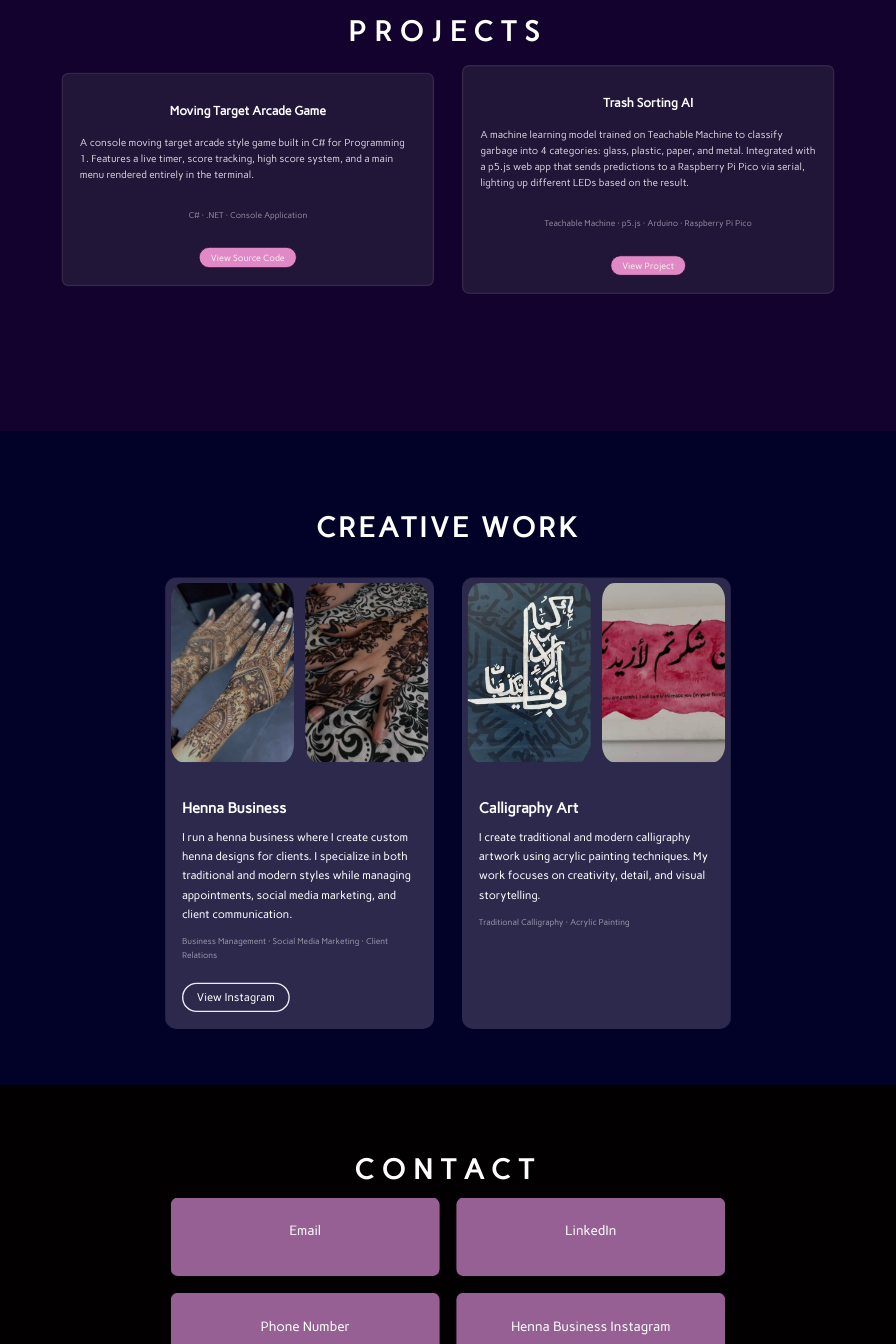
Repository: Rameen-A/Rameen-A
Page: index.html
These files come from the project's save history. The page is drawn as it stood at one moment and after the next save; the edit follows.
The browser window is 1280 px wide. The pictures show the part of the page from y = 1707 to 3627 px (the page is 3867 px tall), at 70% of full size.

Above is the page before, as saved 2026-05-15 19:18:45.

After the next save:
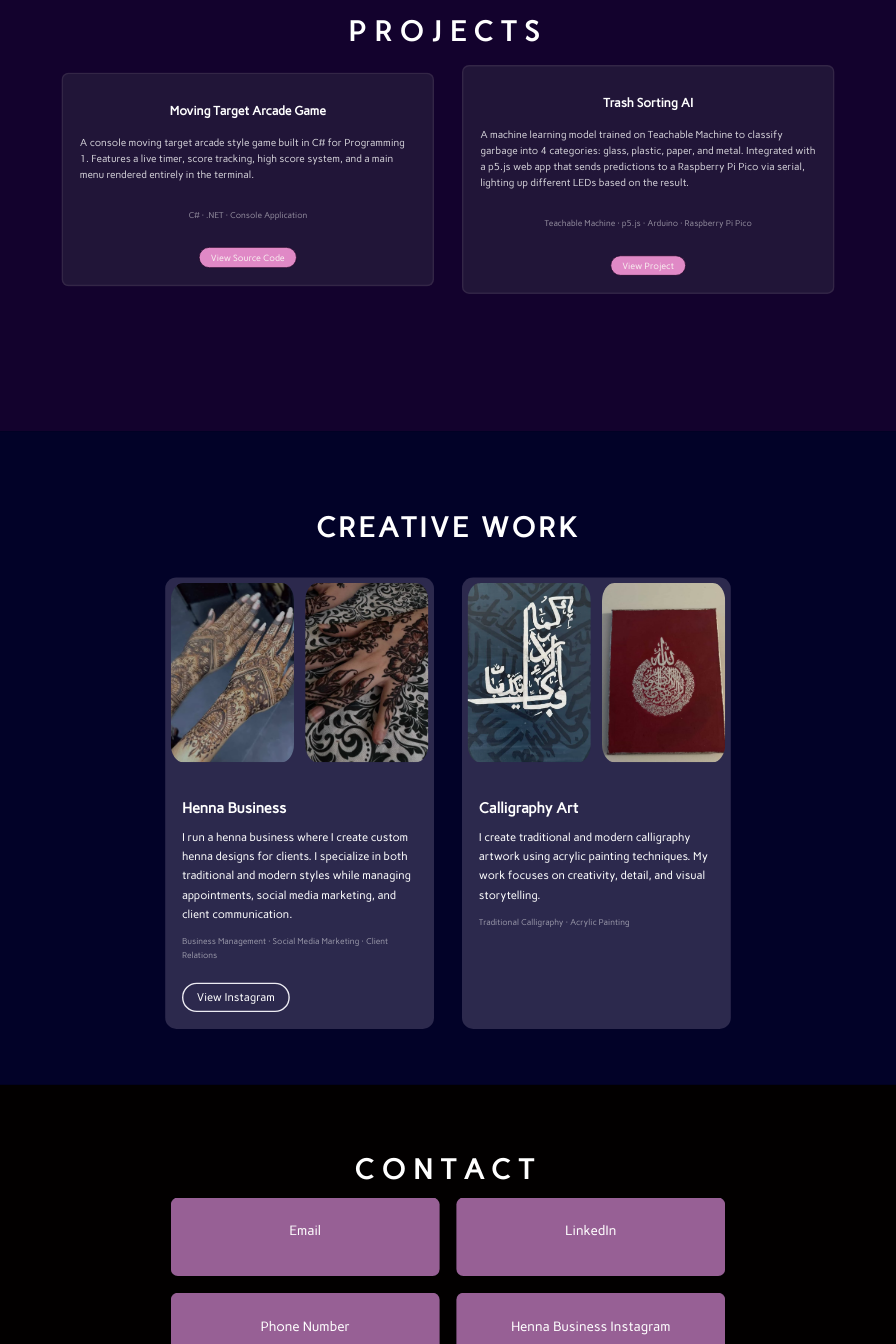
Saved 10 days later.
--- a/index.html
+++ b/index.html
@@ -31,8 +31,6 @@
           src="assets/images/rameenPFP.jpg"
           alt="Profile Picture Of Rameen"
         />
-        <!-- !my image doesnt have srcset - will add in the end -->
-        <!-- !need an svg for menu bar and other spots - will end in the end-->
 
         <div class="about-content">
           <h2 class="aboutMe">About Me</h2>
@@ -95,8 +93,6 @@
           <!-- HENNA -->
           <article class="creative-card">
             <div class="creative-images">
-              <!--! need to compress images-->
-              <!--! need use srcset for images-->
               <img
                 src="./assets/images/henna1.jpg"
                 alt="Bridal henna design created by Rameen Amir"
@@ -140,11 +136,8 @@
                 alt="Arabic calligraphy artwork by Rameen Amir"
               />
 
-              <!--! need to compress images-->
-              <!--! need use srcset for images-->
-
-              <img
-                src="./assets/images/pinkcalligraphy.png"
+              <img
+                src="./assets/images/redcalligraphy.jpg"
                 alt="Modern acrylic calligraphy painting by Rameen Amir"
               />
             </div>
